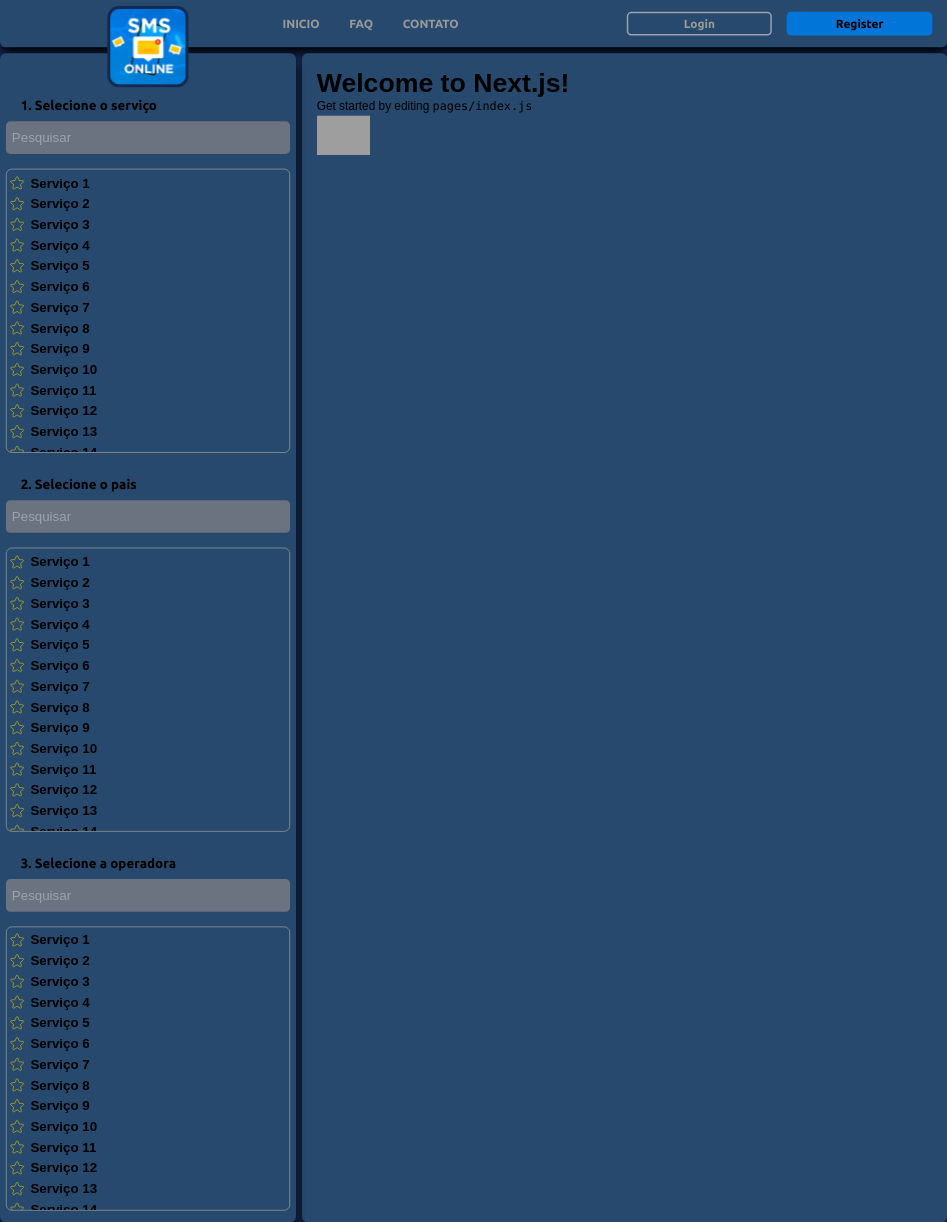
Repository: Felipe-Henrique-Dev/-DIOGO-SMS
Page: /
An editor plug-in stored every save of this project. The page is shown before and after the next save, followed by the edit.
The browser window is 1280 px wide. The pictures show the whole page, at 74% of full size.
Pictures or frames that could not be fetched are drawn as grey boxes. The project was rebuilt for these pictures with package versions that can differ from the ones it lists, and the page was loaded fresh each time. The framework's server and built-in components were replaced by stand-ins that run in the browser. Also part of the build but not shown: next.config.ts.

Above is the page before, as saved 2024-12-16 22:48:26.

### src/app/layout.tsx
import type { Metadata } from "next";
import "./globals.css";
import Header from "@/components/main/Header";
import Main from "@/components/main/Main";
import WebApp from "@/components/main/WebApp";



export const metadata: Metadata = {
  title: "Create Next App",
  description: "Generated by create next app",
};

export default function RootLayout({
  children,
}: Readonly<{
  children: React.ReactNode;
}>) {
  return (
    <html lang="pt-br">
      <body className={`antialiased`}>
        <Header />
        <Main>
          <WebApp />
          {children}
        </Main>
      </body>
    </html>
  );
}

### src/app/page.tsx
import Section from "@/components/main/Section";
import Image from "next/image";

export default function Home() {
  return (
    <Section>
      <h1 className="text-4xl font-bold text-center">Welcome to Next.js!</h1>
      <p className="text-center">
        Get started by editing <code>pages/index.js</code>
      </p>
      <Image
        src="/vercel.svg"
        alt="Vercel Logo"
        width={72}
        height={16}
      />
    </Section>
  );
}

### src/app/globals.css
@import url('https://fonts.googleapis.com/css2?family=Ubuntu:wght@500;700&display=swap');
@tailwind base;
@tailwind components;
@tailwind utilities;


:root {
  --background: hsl(220, 60%, 20%);
  --background-secondary: hsl(211, 47%, 29%);
  --tertiary: hsl(0, 0%, 60%);
  --primary_text: hsl(0, 0%, 100%);
  --foreground: #171717;
  --color-primary: #000;
  --color-secondary: hsl(208, 98%, 43%);
}


body {
  color: var(--tertiary);
  background: var(--background);
  font-family: Arial, Helvetica, sans-serif;
}

::-webkit-scrollbar {
  width: 8px;
  height: 10px;
}

::-webkit-scrollbar-track {
  background-color: var(--background);
}

::-webkit-scrollbar-thumb {
  background: var(--color-secondary);
  border-radius: 10px;
}

::-webkit-scrollbar-thumb:hover {
  background-color: var(--color-highlight-hover);
}

### src/components/main/Header.tsx
import React from "react";
import { Button } from "./Button";


export default function Header() {
  return (
    <header className="h-16 bg-background_secondary shadow-lg shadow-black max-w-screen-2xl m-auto top-0 items-center justify-between  flex rounded-b-lg px-5 z-[99] ">
        <span className="text-white text-lg w-1/4 font-bold"></span>
        <nav className="flex gap-10 uppercase font-bold font-ubuntu w-1/3 items-start ">
            <a href="#" className="">Inicio</a>
            <a href="#" className="">FAQ</a>
            <a href="#" className="">Contato</a>
        </nav>
        <div className="container flex justify-between items-center w-1/3 gap-5">
            <Button type="button" size="sm" className="text-tertiary" isLoading={false} bgColor="none">Login</Button>
            <Button type="button" size="sm" isLoading={false} bgColor="primary">
                Register
            </Button>
        </div>
    </header>
  );
}

### src/components/main/Main.tsx
import React from "react";

export default function Main({
  children,
}: Readonly<{
  children: React.ReactNode;
}>) {
  return (
    <main className="container max-w-screen-2xl mx-auto flex pt-2 gap-2 ">
      {children}
    </main>
  );
}

### src/components/main/WebApp.tsx
'use client'
import React from "react";
import { Input } from "./Input";
import { useForm } from "react-hook-form"
import Image from "next/image";
export default function WebApp() {
  const [selectService, setSelectService] = React.useState<{ title: string; valor: number; numberDispobilize: number; id: string } | null>(null);
  const [selectCountry, setSelectCountry] = React.useState<{ title: string; valor: number; numberDispobilize: number; id: string } | null>(null);
  const [selectOperator, setSelectOperator] = React.useState<{ title: string; valor: number; numberDispobilize: number; id: string } | null>(null);

  return (
    <aside className="min-w-[25rem] min-h-[90svh] shadow-lg shadow-black bg-background_secondary text-pri sticky left-0 top-[4.5rem] rounded-lg flex flex-col p-2 gap-5  pt-14 z-[999]">
      <Image src="/logo.webp" alt="Logo" width={110} height={110} className="rounded-2xl absolute -top-16 transform -translate-x-1/2 left-1/2 z-[99] border-4 border-background " />
      <Container subTitle="1. Selecione o serviço" list={list} select={selectService} setSelect={setSelectService} />
      <Container subTitle="2. Selecione o pais" list={list} select={selectCountry} setSelect={setSelectCountry} />
      <Container subTitle="3. Selecione a operadora" list={list} select={selectOperator} setSelect={setSelectOperator} />
    </aside>
  );
}


const Container = ({
  list,
  subTitle,
  select,
  setSelect
}: {
  subTitle: string;
  select?: { title: string; valor: number; numberDispobilize: number; id: string } | null;
  setSelect: React.Dispatch<React.SetStateAction<{ title: string; valor: number; numberDispobilize: number; id: string } | null>>;
  list: { title: string; valor: number; numberDispobilize: number; id: string }[];
}) => {
  const { register, watch } = useForm();
  const filter = (watch("filter") || "").toLowerCase();
  const [favorites, setFavorites] = React.useState<string[]>([]);
  const [loading, setLoading] = React.useState<boolean>(true);

  React.useEffect(() => {
    const storedFavorites = JSON.parse(localStorage.getItem("favorites") || "[]");
    setFavorites(storedFavorites);
    setLoading(false);
  }, []);

  const setFavoriteInStorage = (item: string) => {
    const newFavorites = favorites.includes(item)
      ? favorites.filter(favorite => favorite !== item)
      : [...favorites, item];

    setFavorites(newFavorites);
    localStorage.setItem("favorites", JSON.stringify(newFavorites));
  };

  // Primeiro filtrar e ordenar a lista antes do map
  const filteredAndSortedList = React.useMemo(() => {
    return list
      .filter(item => item.title.toLowerCase().includes(filter))
      .sort((a, b) => {
        const aFav = favorites.includes(a.id);
        const bFav = favorites.includes(b.id);
        if (aFav && !bFav) return -1;
        if (!aFav && bFav) return 1;
        return 0;
      });
  }, [list, filter, favorites]);

  if (loading) return <div>Carregando...</div>;

  return (
    <div className="flex flex-col gap-2  ">
      <span className="text-lg font-bold w-full text-start px-5 text-black font-ubuntu ">{subTitle}</span>
      {
        select ?
          <div className="flex w-full bg-slate-300 rounded-lg h-10 items-center justify-start px-5 gap-5 ">
            <button onClick={() => setSelect(null)} className="flex items-center justify-center gap-2 h-8 min-w-8 rounded-xl border-red-500 border-[1px] text-black">X</button>
            <span className="text-lg font-bold min-w-8 h-8 rounded-full text-center bg-white ">I</span>
            <span className="text-lg font-bold w-auto text-center">{select.title}</span>
          </div>
        :
        <>
          <Input type="text" placeholder="Pesquisar" size="lg" register={register("filter")} />
          <div className="h-96 border-tertiary border-[1px] w-full my-2 overflow-x-auto scroll-smooth rounded-lg p-1 text-black ">
            {filteredAndSortedList.map((item) => (
              <div className="w-full flex items-center justify-start gap-2" key={item.id}>
                <Stars
                  stars={favorites.includes(item.id)}
                  setFavorite={() => setFavoriteInStorage(item.id)}
                />
                <button className="flex flex-col font-black" onClick={() => setSelect(item)}>
                  <span className="text-lg font-bold w-full text-center">{item.title}</span>
                </button>
              </div>
            ))}
          </div>
        </>
      }
    </div>
  );
};



const list = [
  {
    id: "1",
    title: "Serviço 1",
    valor: 10.00,
    numberDispobilize: 6000,
  },
  {
    id: "2",
    title: "Serviço 2",
    valor: 20.00,
    numberDispobilize: 5000,
  },
  {
    id: "3",
    title: "Serviço 3",
    valor: 30.00,
    numberDispobilize: 4000,
  },
  {
    id: "4",
    title: "Serviço 4",
    valor: 40.00,
    numberDispobilize: 3000,
  },
  {
    id: "5",
    title: "Serviço 5",
    valor: 50.00,
    numberDispobilize: 2000,
  },
  {
    id: "6",
    title: "Serviço 6",
    valor: 60.00,
    numberDispobilize: 1000,
  },
  {
    id: "7",
    title: "Serviço 7",
    valor: 70.00,
    numberDispobilize: 900,
  },
  {
    id: "8",
    title: "Serviço 8",
    valor: 80.00,
    numberDispobilize: 800,
  },
  {
    id: "9",
    title: "Serviço 9",
    valor: 90.00,
    numberDispobilize: 700,
  },
  {
    id: "10",
    title: "Serviço 10",
    valor: 100.00,
    numberDispobilize: 600,
  },
  {
    id: "11",
    title: "Serviço 11",
    valor: 110.00,
    numberDispobilize: 500,
  },
  {
    id: "12",
    title: "Serviço 12",
    valor: 120.00,
    numberDispobilize: 400,
  },
  {
    id: "13",
    title: "Serviço 13",
    valor: 130.00,
    numberDispobilize: 300,
  },
  {
    id: "14",
    title: "Serviço 14",
    valor: 140.00,
    numberDispobilize: 200,
  },
  {
    id: "15",
    title: "Serviço 15",
    valor: 150.00,
    numberDispobilize: 100,
  }
];

const Stars = ({stars, setFavorite} : {stars: boolean, setFavorite: () => void}) => {
  return (
      <>
          {
              !stars?
              <svg width="20" height="20" viewBox="0 0 13 12" fill="none" xmlns="http://www.w3.org/2000/svg" onClick={setFavorite} className="cursor-pointer" >
                  <path d="M6.49956 9.51326L9.26623 11.1866C9.77289 11.4933 10.3929 11.0399 10.2596 10.4666L9.52623 7.31992L11.9729 5.19993C12.4196 4.81326 12.1796 4.07993 11.5929 4.03326L8.37289 3.75993L7.11289 0.786592C6.88623 0.246592 6.11289 0.246592 5.88623 0.786592L4.62623 3.75326L1.40623 4.02659C0.81956 4.07326 0.57956 4.80659 1.02623 5.19326L3.47289 7.31326L2.73956 10.4599C2.60623 11.0333 3.22623 11.4866 3.73289 11.1799L6.49956 9.51326Z" fill="none" stroke="#EFC900" strokeWidth="0.5"/>
              </svg>
              :
              <svg width="20" height="20" viewBox="0 0 13 12" fill="none" xmlns="http://www.w3.org/2000/svg" onClick={setFavorite} className="cursor-pointer">
                  <path d="M6.49956 9.51326L9.26623 11.1866C9.77289 11.4933 10.3929 11.0399 10.2596 10.4666L9.52623 7.31992L11.9729 5.19993C12.4196 4.81326 12.1796 4.07993 11.5929 4.03326L8.37289 3.75993L7.11289 0.786592C6.88623 0.246592 6.11289 0.246592 5.88623 0.786592L4.62623 3.75326L1.40623 4.02659C0.81956 4.07326 0.57956 4.80659 1.02623 5.19326L3.47289 7.31326L2.73956 10.4599C2.60623 11.0333 3.22623 11.4866 3.73289 11.1799L6.49956 9.51326Z" fill="#EFC900"/>
              </svg>
          }
      </>
  );
}

### src/components/main/Section.tsx
import { cn } from "@/lib/utils";
import React from "react";

export default function Section({
  children,
  className
}: Readonly<{
  children: React.ReactNode;
  className?: string;
}>) {
  return (
    <section className={cn(
      "p-5 flex flex-col min-h-[90svh] bg-background_secondary w-full text-black items-start justify-start rounded-lg shadow-lg shadow-black",
      className
    )}>
      {children}
    </section>
  );
}

### src/components/main/Button.tsx
/* eslint-disable @typescript-eslint/no-explicit-any */
import { cn } from "@/lib/utils";
import React from "react";

export const Button = ({
    className,
    size = "md",
    onClick,
    children,
    type,
    isLoading,
    bgColor = "primary",
}:{
    type: 'button' | 'submit' | 'reset';
    onClick?: (event: React.MouseEvent<HTMLButtonElement>) => void;
    className?: string;
    children: React.ReactNode;
    size?: "sm" | "md" | "lg";
    isLoading: boolean;
    bgColor?: "primary" | "secondary" | "danger" | "none";
}) => {

    const sizes = {
        sm: "w-1/2 h-8 text-base",
        md: "w-3/4 h-10 text-lg",
        lg: "w-full h-14 text-xl",
    };

    const bgColors = {
        primary: "bg-secondary text-black",
        secondary: "bg-gray-500 text-white",
        danger: "bg-red-500 text-white",
        none: "bg-transparent text-black border-gray-400 border-2 "
    };

    return (
        <button
            type={type}
            onClick={onClick}
            className={cn(
                "p-2 rounded-md relative flex items-center justify-center font-bold font-ubuntu hover:scale-105 transition-transform duration-300",
                bgColors[bgColor],
                sizes[size],
                className
            )}
            disabled={isLoading}
        >
            {
                isLoading ? loading() : children
            }
        </button>
    );
}


const loading = () => {
    return (
        <div className="absolute inset-0 bg-gray-300 bg-opacity-50 flex items-center justify-center">
            <div className="animate-spin rounded-full h-12 w-12 border-t-2 border-b-2 border-gray-900"></div>
        </div>
    );
}

### src/components/main/Input.tsx
/* eslint-disable @typescript-eslint/no-unused-vars */
/* eslint-disable @typescript-eslint/no-explicit-any */
import { cn } from "@/lib/utils";
import React from "react";

export const Input = ({
    type,
    placeholder,
    classNameSpan,
    classNameLabel,
    classNameInput,
    label,
    size = "md",
    icon,
    register,
    bgColor = "secondary",
    labelIsHidden = false,
    name
}:{
    type: 'text' | 'password' | 'email';
    placeholder: string;
    classNameSpan?: string;
    classNameLabel?: string;
    classNameInput?: string;
    size?: "sm" | "md" | "lg";
    icon?: React.ReactNode;
    register?: any;
    label?: string;
    bgColor?: "primary" | "secondary" | "danger" | "none";
    labelIsHidden?: boolean;
    name?: string;
}) => {

    const sizes = {
        sm: "w-1/2 h-8 text-sm",
        md: "w-3/4 h-10 text-base",
        lg: "w-full h-12 text-lg",
    };

    const bgColors = {
        primary: "bg-blue-500 text-black",
        secondary: "bg-gray-500 text-black",
        danger: "bg-red-500 text-black",
        none: "bg-transparent text-black border-gray-300 border-2"
    };


    return (
        <span className={cn(
                "relative flex flex-col",
                sizes[size],
                classNameSpan,
        )}>
            {
                labelIsHidden &&
                <label className={cn(
                    classNameLabel
                )} >
                    {label}
                </label>
            }
            <input
                type={type}
                placeholder={placeholder}
                {...register}
                className={cn(
                    "p-2 rounded-md relative w-full",
                    classNameInput,
                    bgColors[bgColor]
                )}
            />
            {icon}
        </span>

    );
}

### tailwind.config.ts
import type { Config } from "tailwindcss";

export default {
  content: [
    "./src/pages/**/*.{js,ts,jsx,tsx,mdx}",
    "./src/components/**/*.{js,ts,jsx,tsx,mdx}",
    "./src/app/**/*.{js,ts,jsx,tsx,mdx}",
  ],
  theme: {
    extend: {
      colors: {
        background: "var(--background)",
        foreground: "var(--foreground)",
        background_secondary: "var(--background-secondary)",
        primary: "var(--primary)",
        secondary: "var(--color-secondary)",
        tertiary: "var(--tertiary)",

      },
      background : {
        background: "var(--background)",
        background_secondary: "var(--background-secondary)",
        foreground: "var(--foreground)",
      },
      fontFamily: {
        ubuntu: ["Ubuntu", "sans-serif"],
      },
    },
  },
  plugins: [],
} satisfies Config;


// .ubuntu-light {
//   font-family: "Ubuntu", sans-serif;
//   font-weight: 300;
//   font-style: normal;
// }

// .ubuntu-regular {
//   font-family: "Ubuntu", sans-serif;
//   font-weight: 400;
//   font-style: normal;
// }

// .ubuntu-medium {
//   font-family: "Ubuntu", sans-serif;
//   font-weight: 500;
//   font-style: normal;
// }

// .ubuntu-bold {
//   font-family: "Ubuntu", sans-serif;
//   font-weight: 700;
//   font-style: normal;
// }

// .ubuntu-light-italic {
//   font-family: "Ubuntu", sans-serif;
//   font-weight: 300;
//   font-style: italic;
// }

// .ubuntu-regular-italic {
//   font-family: "Ubuntu", sans-serif;
//   font-weight: 400;
//   font-style: italic;
// }

// .ubuntu-medium-italic {
//   font-family: "Ubuntu", sans-serif;
//   font-weight: 500;
//   font-style: italic;
// }

// .ubuntu-bold-italic {
//   font-family: "Ubuntu", sans-serif;
//   font-weight: 700;
//   font-style: italic;
// }

Loaded but not shown: src/lib/utils.ts (common file)

After the next save:
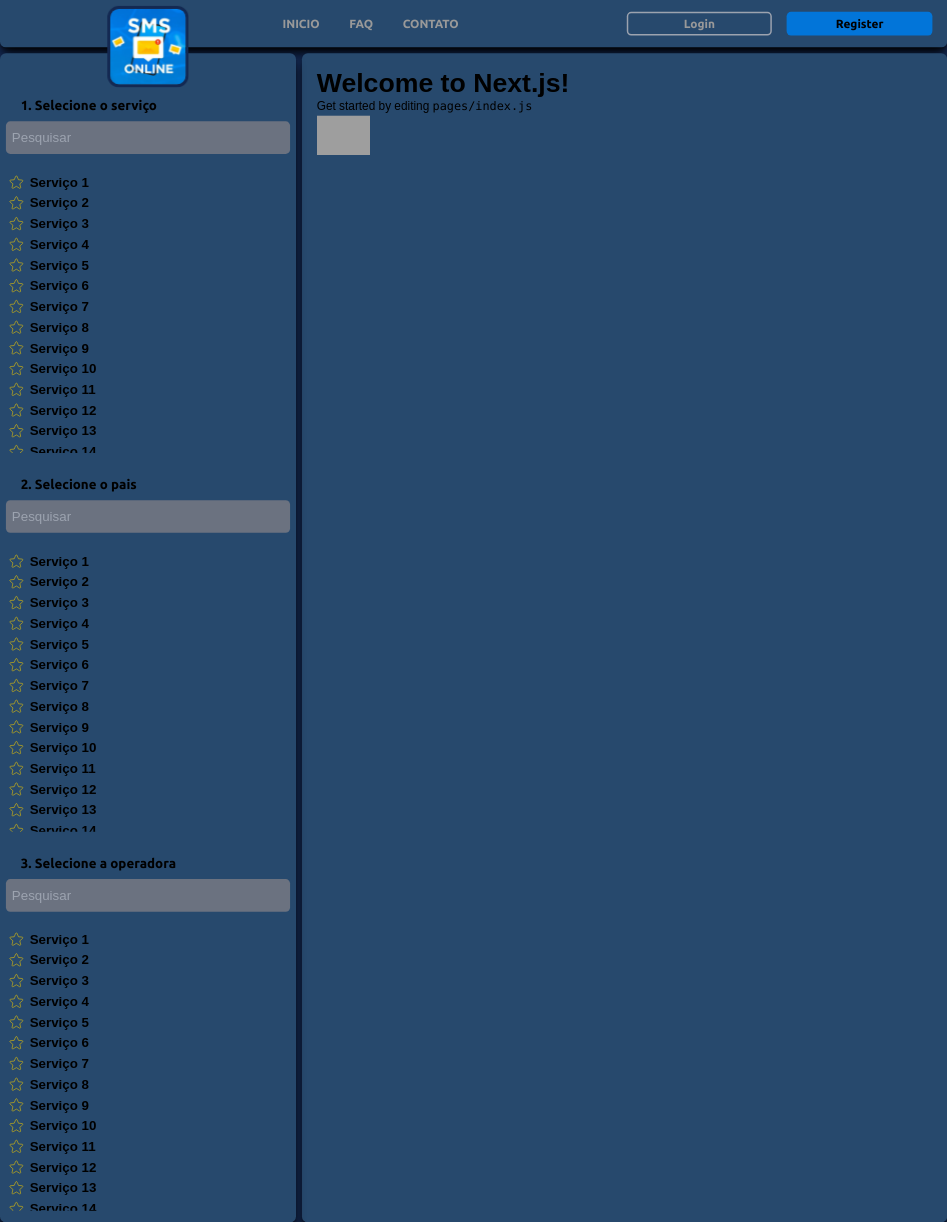
Saved 23 s later.
--- a/src/components/main/WebApp.tsx
+++ b/src/components/main/WebApp.tsx
@@ -78,7 +78,7 @@ const Container = ({
         :
         <>
           <Input type="text" placeholder="Pesquisar" size="lg" register={register("filter")} />
-          <div className="h-96 border-tertiary border-[1px] w-full my-2 overflow-x-auto scroll-smooth rounded-lg p-1 text-black ">
+          <div className="h-96 shadow-inner shadow-[1px] w-full my-2 overflow-x-auto scroll-smooth rounded-lg p-1 text-black ">
             {filteredAndSortedList.map((item) => (
               <div className="w-full flex items-center justify-start gap-2" key={item.id}>
                 <Stars
